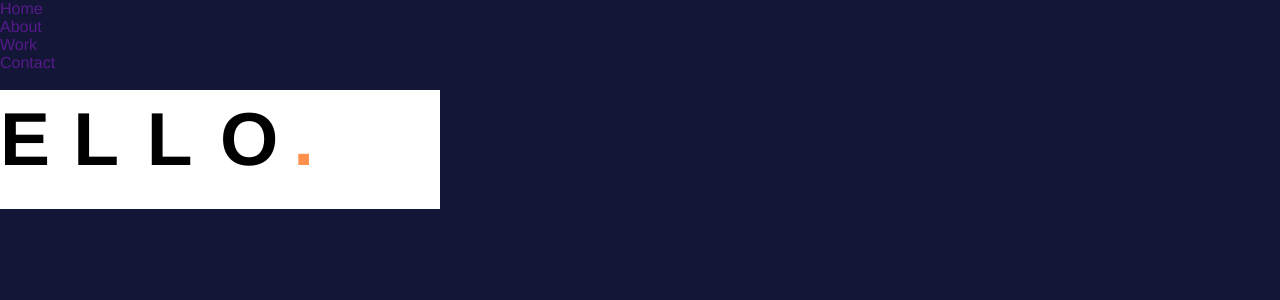
Repository: keloriane/animation-live
Page: /
The author's editor kept a copy of each file at every save. The page is drawn from the files as they stood at one save, then again after the next save.
The browser window is 1280 px wide. The pictures show the whole page.
The project was rebuilt for these pictures with package versions that can differ from the ones it lists, and the page was loaded fresh each time.

Above is the page before, as saved 2020-02-18 10:45:12.

After the next save:
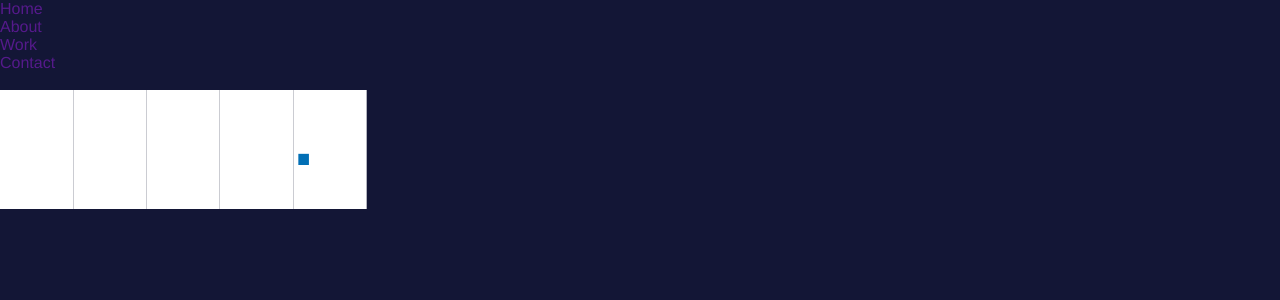
Saved 22 s later.
--- a/src/views/assets/Home.scss
+++ b/src/views/assets/Home.scss
@@ -1,11 +1,11 @@
 .title{
     display: flex;
-    background-color: #fff;
     width: 440px;
 
     .square{
         width: 97px;
         height: 119px;
+        background-color: #fff;
 
 
         .typo{
